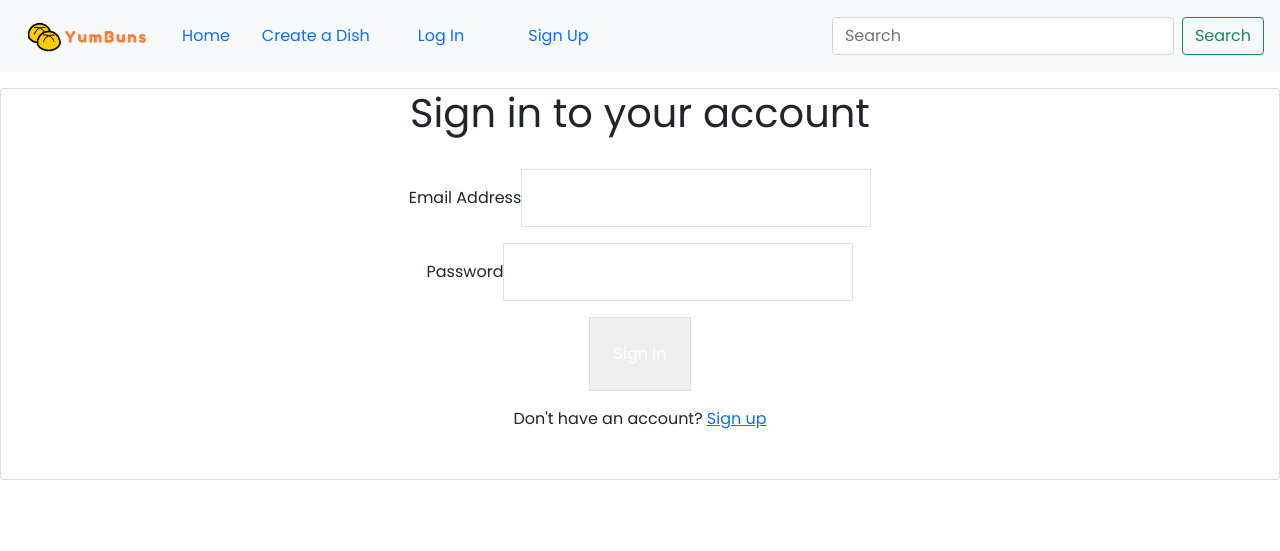
Repository: mottad14/yumBuns
Page: /login (app in client/)
These files come from the project's save history. The page is drawn as it stood at one moment and after a run of saves; the edit follows.
The browser window is 1280 px wide. The pictures show the whole page.
Some web fonts or font styles are not loaded; a fallback is used. The project was rebuilt for these pictures with package versions that can differ from the ones it lists, and the page was loaded fresh each time. Also part of the build but not shown: client/src/components/RecipePreview.js, client/src/views/Main.js, client/src/views/Create.js, client/src/views/Recipe.js, client/src/components/SubscribePop.css, client/src/components/SignUp.jsx, client/src/components/SubscribePop.js.

Above is the page before, as saved 2022-07-29 11:11:41.

### client/public/index.html
<!DOCTYPE html>
<html lang="en">
  <head>
    <meta charset="utf-8" />
    <link rel="icon" href="%PUBLIC_URL%/favicon.ico" />
    <meta name="viewport" content="width=device-width, initial-scale=1" />
    <meta name="theme-color" content="#000000" />
    <meta
      name="description"
      content="Web site created using create-react-app"
    />
    <!--
      Notice the use of %PUBLIC_URL% in the tags above.
      It will be replaced with the URL of the `public` folder during the build.
      Only files inside the `public` folder can be referenced from the HTML.

      Unlike "/favicon.ico" or "favicon.ico", "%PUBLIC_URL%/favicon.ico" will
      work correctly both with client-side routing and a non-root public URL.
      Learn how to configure a non-root public URL by running `npm run build`.
    -->
    <title>Yumbuns</title>
  </head>
  <body>
    <noscript>You need to enable JavaScript to run this app.</noscript>
    <div id="root"></div>
    <!--
      This HTML file is a template.
      If you open it directly in the browser, you will see an empty page.

      You can add webfonts, meta tags, or analytics to this file.
      The build step will place the bundled scripts into the <body> tag.

      To begin the development, run `npm start` or `yarn start`.
      To create a production bundle, use `npm run build` or `yarn build`.
    -->
  </body>
</html>

### client/src/index.js
import React from 'react';
import ReactDOM from 'react-dom';
import './index.css';
import App from './App';
import reportWebVitals from './reportWebVitals';
import {BrowserRouter} from "react-router-dom";

ReactDOM.render(
    <React.StrictMode>
      <BrowserRouter>
            <App />
      </BrowserRouter>
    </React.StrictMode>,
    document.getElementById('root')
);



// If you want to start measuring performance in your app, pass a function
// to log results (for example: reportWebVitals(console.log))
// or send to an analytics endpoint. Learn more: https://bit.ly/CRA-vitals
reportWebVitals();

### client/src/App.js
import React from 'react';
import 'bootstrap/dist/css/bootstrap.min.css';
import {Switch, Route} from "react-router-dom";
import './App.css';
import NavBar from './components/NavBar';
import Main from './views/Main';
import Login from './views/Login'
import Create from './views/Create';
import Recipe from './views/Recipe';
import SubscribePop from './components/SubscribePop';
import {useState, useEffect} from 'react'
import { AuthContextProvider } from "./contexts/AuthContext";


function App() {
  const [timedPopup, setTimedPopup] = useState (false);

  useEffect(() => {
    setTimeout(() => {
      setTimedPopup(true)
    }, 45000)
  }, [])


  return (

    <div className="App">
      <div className="">
          <NavBar/>
          <AuthContextProvider>
              <Switch>
                <Route exact path="/">
                  <Main/>
                </Route>

                <Route exact path="/login">
                  <Login/>
                </Route>

                <Route path="/view/single/:_id">
                  <Recipe/>
                </Route>

                <Route exact path="/create">
                  <Create/>
                </Route>
              </Switch>

              <SubscribePop trigger={timedPopup} setTrigger={setTimedPopup}>
              </SubscribePop>
          </AuthContextProvider>


       </div>
    </div>
  );
}

export default App;

### client/src/App.css
@import url('https://fonts.googleapis.com/css2?family=BIZ+UDGothic&family=Poppins&display=swap');

.App {
  font-family: 'BIZ UDGothic', sans-serif;
  font-family: 'Poppins', sans-serif;
  z-index: 1;
  text-align: center;
}

.recipePreview{
  border: 3px solid rgb(177, 177, 177);
  min-height: 300px;
  width: 250px;
  background-color: rgb(254, 194, 10);
  border-left-style: dotted;
  border-right-style: dotted;
  border-radius: 10%;

}

.recipePreview > img{
  width: 95%;
  border-radius: 10%;
}
.recipePreview >div{
  align-items: center;

}

.Logo{
  margin-left: 10px;
  height: 30px;
}

.sticky{
  position: sticky;
  top: 0;
  z-index: 999;
  background-color: rgb(254, 194, 10);
  border: 2px solid black;
  border-radius: 25px;
}

.thumbnailBox > img{
  height: 40px;
}

.thumbnailBox > img:hover{
  height: 125px;
}

### client/src/components/NavBar.js
import React from "react";
import { Link } from "react-router-dom"
import Nav from 'react-bootstrap/Nav';
import YumBuns from "../imgs/YumBunsLogo.png"

const NavBar = (props) => {
    return(
            <nav className="navbar navbar-expand-lg bg-light mb-3">
                <Link className="navbar-brand mx-3" to="/">  <img className="Logo" src={YumBuns} alt="Logo" /> </Link>

                <div className="collapse navbar-collapse" id="navbarSupportedContent">
                <ul className="navbar-nav me-auto mb-2 mb-lg-0">
                    <li className="nav-item">
                    <Nav.Link> <Link className="nav-link btn-outline-warning" aria-current="page" to="/">Home</Link> </Nav.Link>
                    </li>
                    <li className="nav-item">
                    <Nav.Link> <Link className="nav-link btn-outline-warning" to="/create">Create a Dish</Link> </Nav.Link>
                    </li>
                    <li className="nav-item">
                    <Nav.Link> <Link className="nav-link d-flex mx-3 btn-outline-warning" to="/login"> Log In</Link> </Nav.Link>
                    </li>
                    <li className="nav-item">
                    <Nav.Link> <Link className="nav-link d-flex mx-3 btn-outline-warning" to="/signUp"> Sign Up</Link> </Nav.Link>
                    </li>
                </ul>
                <form className="d-flex mx-3" role="search">
                    <input className="form-control me-2" type="search" placeholder="Search" aria-label="Search" />
                    <button className="btn btn-outline-success" type="submit">Search</button>
                </form>
            </div>
            </nav>
    )
}

export default NavBar;

### client/src/views/Login.js
import React, { useState } from 'react'
import { Link, useHistory } from 'react-router-dom'
import {Form, Button, Card, Alert} from "react-bootstrap"
import { UserAuth } from '../contexts/AuthContext'

const Signin = () => {
  const [email, setEmail] = useState('')
  const [password, setPassword] = useState('')
  const [error, setError] = useState('')
  const {signIn} = UserAuth()
  const history = useHistory();

  const handleSubmit = (e) =>{
    e.preventDefault();
    setError('')
    try{
      signIn(email, password)
      console.log("You are now signed in.")
      history.push('/')
    } catch(e){
      setError(e.message)
      console.log(error)
    }
  }

  return (
    <Card>
      <div className='text-center mb-4'>

          <div>
              <h1 className='text-center mb-4'>Sign in to your account</h1>
          </div>

          <form onSubmit={handleSubmit}>
              <div className='flex flex-col py-2'>
                <label className='py-2 font-medium' htmlFor=""> Email Address</label>
                <input onChange={(e)=>setEmail(e.target.value)} className='border p-3' type="email"/>
              </div>
              <div className='flex flex-col py-2'>
                <label className='py-2 font-medium' htmlFor=""> Password</label>
                <input onChange={(e)=> setPassword(e.target.value)} className='border p-3' type="password"/>
              </div>
              <button className='border border-blue-500 bg-blue-600 hover:bg-blue-500 w-full p-4 my-2 text-white'>Sign in</button>
          </form>
              <p className='py-2'>
                Don't have an account? <Link to="/signup" className='underline'> Sign up </Link>
              </p>

        </div>

    </Card>

  )
}

export default Signin

### client/src/contexts/AuthContext.js
import { createContext, useContext, useEffect, useState } from "react";
import {createUserWithEmailAndPassword,
    signInWithEmailAndPassword,
    signOut,
    onAuthStateChanged}
    from "firebase/auth"
import { auth } from "../firebase";

const UserContext = createContext();

export const AuthContextProvider = ({children}) => {
    const [user, setUser] = useState({})

    const createUser = (email, password) => {
        return (createUserWithEmailAndPassword(auth, email, password))
    }

    const signIn = (email, password) => {
        return signInWithEmailAndPassword(auth, email, password)
    }

    const logout = () =>{
        return signOut(auth);
    }

    useEffect (() => {
        const unsubscribe = onAuthStateChanged(auth, (currentUser) => {
            console.log(currentUser)
            setUser(currentUser)
        })
        return (() => {
            unsubscribe()
        })
    }, [])

    return (
        <UserContext.Provider value={{ createUser, user, signIn, logout }}>
            {children}
        </UserContext.Provider>
    )
}

export const UserAuth = () =>{
    return useContext(UserContext)
}

### client/src/firebase.js
// Import the functions you need from the SDKs you need
import { initializeApp } from "firebase/app";
import { getAuth } from "firebase/auth";
// TODO: Add SDKs for Firebase products that you want to use
// https://firebase.google.com/docs/web/setup#available-libraries

// Your web app's Firebase configuration
console.log(`The current api key is: ${process.env.REACT_APP_FIREBASE_API_KEY}`)
const firebaseConfig = {
  apiKey: process.env.REACT_APP_FIREBASE_API_KEY,
  authDomain: process.env.REACT_APP_FIREBASE_AUTH_DOMAIN,
  projectId: process.env.REACT_APP_FIREBASE_PROJECT_ID,
  storageBucket: process.env.REACT_APP_FIREBASE_STORAGE_BUCKET,
  messagingSenderId: process.env.REACT_APP_FIREBASE_MESSAGING_SENDER_ID,
  appId: process.env.REACT_APP_FIREBASE_APP_ID,
  measurementId: process.env.REACT_APP_FIREBASE_MEASUREMENT_ID
};

// Initialize Firebase
const app = initializeApp(firebaseConfig);
export const auth = getAuth(app);
export default app;

Loaded but not shown: client/src/index.css (common file); client/src/reportWebVitals.js (common file)

After the next 2 saves:
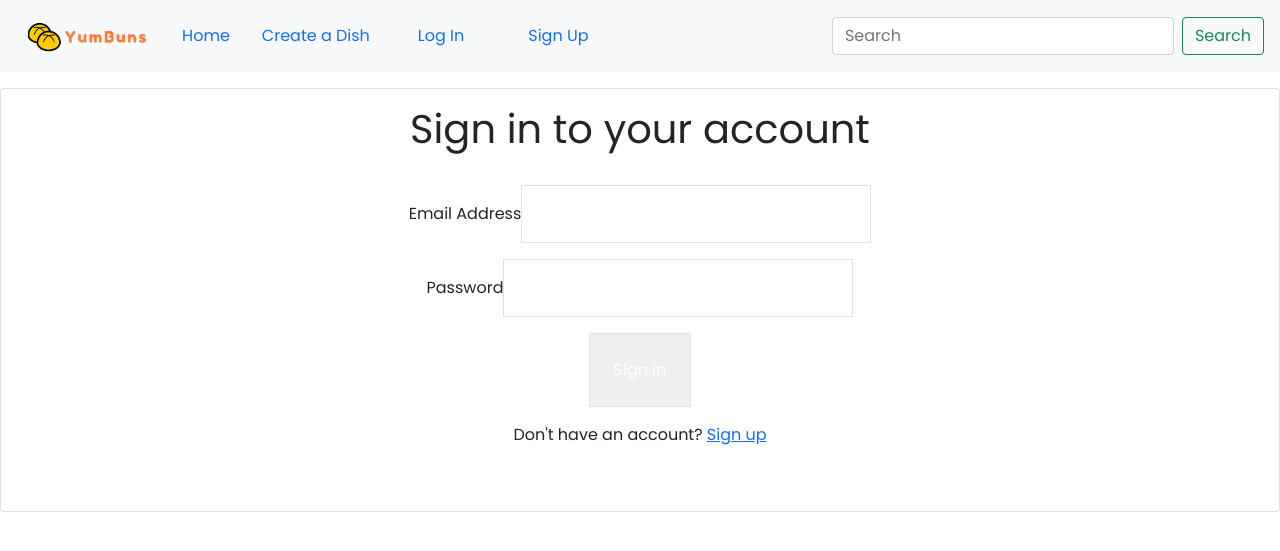
The 2 saves are shown as one change because they came seconds apart.
The last was saved 32 s later.
--- a/client/src/views/Login.js
+++ b/client/src/views/Login.js
@@ -25,7 +25,7 @@ const Signin = () => {
 
   return (
     <Card>
-      <div className='text-center mb-4'>
+      <Card.Body className='text-center mb-4'>
 
           <div>
               <h1 className='text-center mb-4'>Sign in to your account</h1>
@@ -46,8 +46,7 @@ const Signin = () => {
                 Don't have an account? <Link to="/signup" className='underline'> Sign up </Link>
               </p>
 
-        </div>
-
+        </Card.Body>
     </Card>
 
   )
